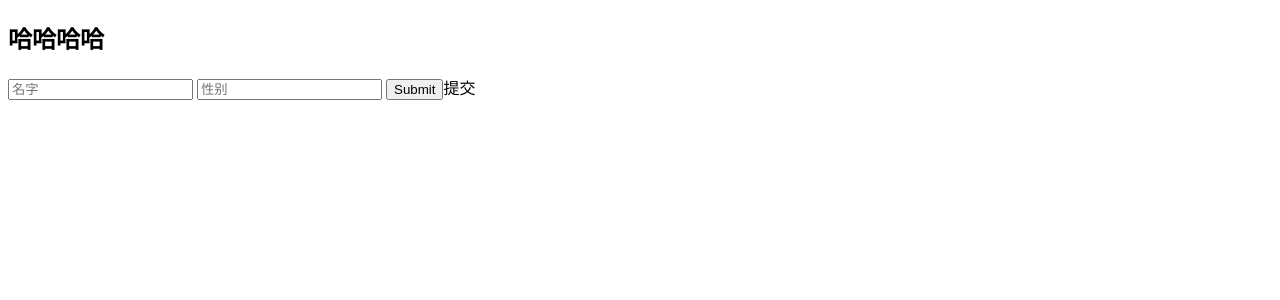
Repository: jsBan/jsBan.github.io
Page: src/myWork/book/websocket/node/template-node-ts/public/index.html
These files come from the project's save history. The page is drawn as it stood at one moment and after the next save; the edit follows.
The browser window is 1280 px wide. The pictures show the whole page.

Above is the page before, as saved 2020-12-04 16:01:20.

### src/myWork/book/websocket/node/template-node-ts/public/index.html
<!DOCTYPE html>
<html lang="en">
<head>
  <meta charset="UTF-8">
  <meta name="viewport" content="width=device-width, initial-scale=1.0">
  <title>Document</title>
</head>
<body>
  <div>
    <h2>哈哈哈哈</h2>
    <form action="">
      <input type="text" placeholder="名字">
      <input type="text" placeholder="性别">
      <input type="submit">提交</input>
    </form>
  </div>
</body>
</html>

After the next save:
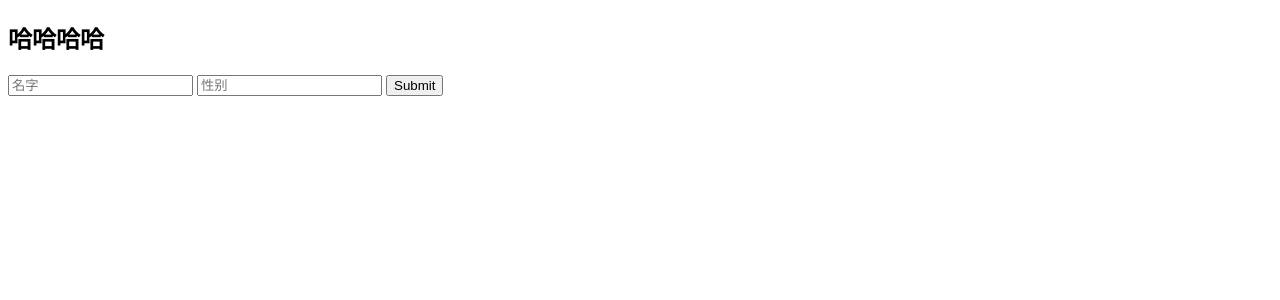
Saved 10 s later.
--- a/src/myWork/book/websocket/node/template-node-ts/public/index.html
+++ b/src/myWork/book/websocket/node/template-node-ts/public/index.html
@@ -11,7 +11,7 @@
     <form action="">
       <input type="text" placeholder="名字">
       <input type="text" placeholder="性别">
-      <input type="submit">提交</input>
+      <input type="submit" >
     </form>
   </div>
 </body>
